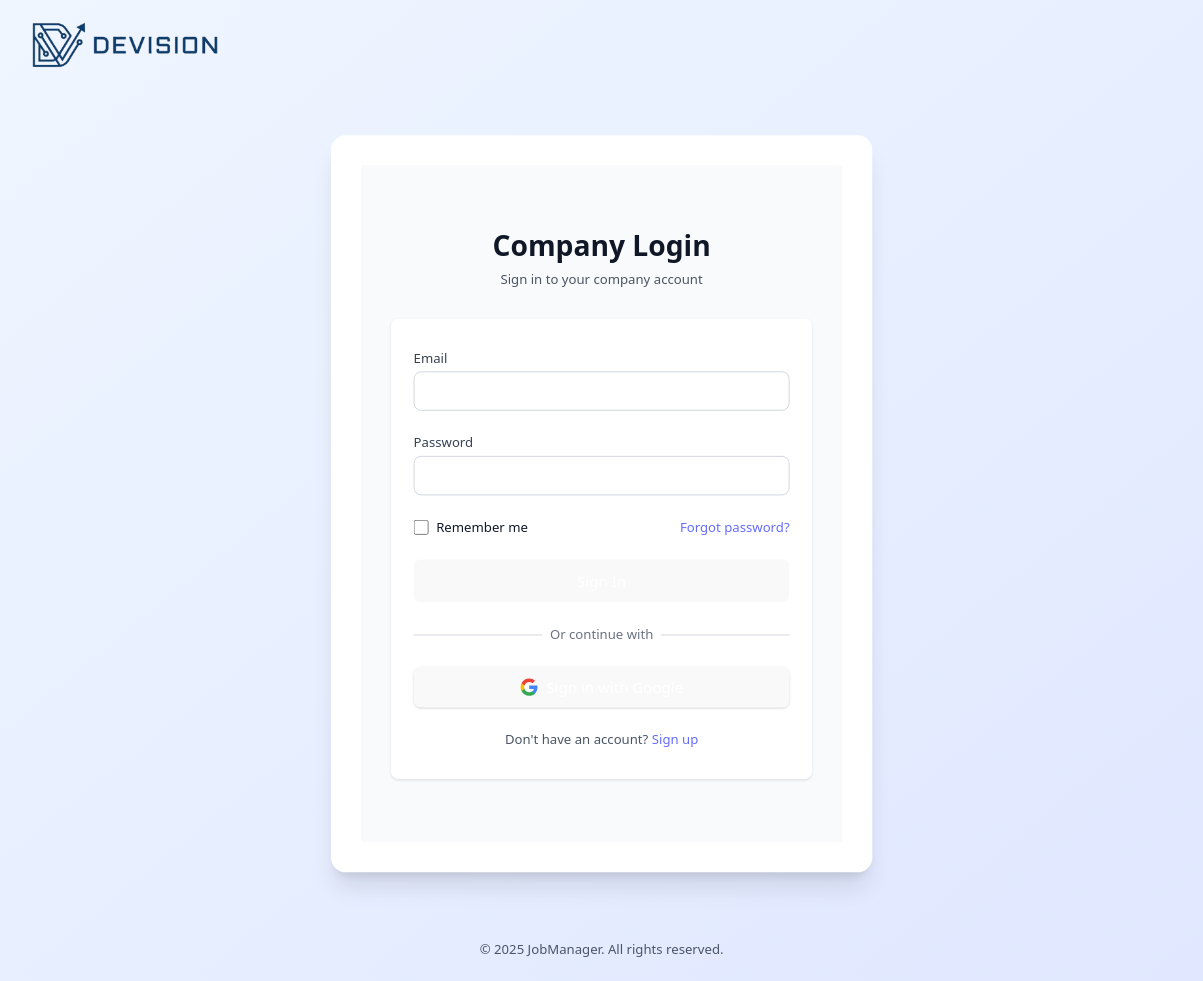
Repository: ISYS3461-2025C-Mulan-DEVision/JobManager_FE
Page: /login
These files come from the project's save history. The page is drawn as it stood at one moment and after the next save; the edit follows.
The browser window is 1280 px wide. The pictures show the whole page, at 94% of full size.
The project was rebuilt for these pictures with package versions that can differ from the ones it lists, and the page was loaded fresh each time. Also part of the build but not shown: vite.config.js, src/pages/Home.tsx, src/components/headless/Table/Table.tsx, src/components/headless/Modal/Modal.tsx, src/components/ui/Card/Card.tsx, src/components/ui/Spinner/Spinner.tsx, src/components/ui/Alert/Alert.tsx.

Above is the page before, as saved 2025-12-12 12:14:40.

### index.html
<!doctype html>
<html lang="en">
  <head>
    <meta charset="UTF-8" />
    <link rel="icon" type="image/svg+xml" href="/logo/logo-icon.png" />
    <meta name="viewport" content="width=device-width, initial-scale=1.0" />
    <title>jobmanager-fe</title>
  </head>
  <body>
    <div id="root"></div>
    <script type="module" src="/src/main.jsx"></script>
  </body>
</html>

### src/main.tsx
import React, { StrictMode } from "react";
import { createRoot } from "react-dom/client";
import "./index.css";
import { BrowserRouter } from "react-router-dom";
import App from "./App.js";
import { Provider } from "react-redux";
import store from "./store/index.js";

const container = document.getElementById("root")!;
if (!container) {
    throw new Error("Root container not found");
} else {
    createRoot(container).render(
        <StrictMode>
            <Provider store={store}>
                <BrowserRouter>
                    <App />
                </BrowserRouter>
            </Provider>
        </StrictMode>,
    );
}

### src/index.css
@import "tailwindcss";

:root {
    font-family: system-ui, Avenir, Helvetica, Arial, sans-serif;
    line-height: 1.5;
    font-weight: 400;

    color-scheme: light dark;
    color: rgba(255, 255, 255, 0.87);
    background-color: #242424;

    font-synthesis: none;
    text-rendering: optimizeLegibility;
    -webkit-font-smoothing: antialiased;
    -moz-osx-font-smoothing: grayscale;
}

a {
    font-weight: 500;
    color: #646cff;
    text-decoration: inherit;
}
a:hover {
    color: #535bf2;
}

body {
    margin: 0;
    min-width: 320px;
    min-height: 100vh;
}

h1 {
    font-size: 3.2em;
    line-height: 1.1;
}

button {
    border-radius: 8px;
    border: 1px solid transparent;
    padding: 0.6em 1.2em;
    font-size: 1em;
    font-weight: 500;
    font-family: inherit;
    background-color: #1a1a1a;
    cursor: pointer;
    transition: border-color 0.25s;
}
button:hover {
    border-color: #646cff;
}
button:focus,
button:focus-visible {
    outline: 4px auto -webkit-focus-ring-color;
}

@media (prefers-color-scheme: light) {
    :root {
        color: #213547;
        background-color: #ffffff;
    }
    a:hover {
        color: #747bff;
    }
    button {
        background-color: #f9f9f9;
    }
}

### src/App.tsx
import { Routes, Route, Link, useLocation } from "react-router-dom";
import Home from "./pages/Home";
import LoginPage from "./pages/LoginPage";

function App() {
    const location = useLocation();
    const isAuthPage = location.pathname === "/login";

    return (
        <div>
            {!isAuthPage && (
                <nav className="p-4 bg-gray-800 text-white flex gap-4">
                    <Link to="/">Home</Link>
                    <Link to="/login">Login</Link>
                </nav>
            )}

            <Routes>
                <Route path="/" element={<Home />} />
                <Route path="/login" element={<LoginPage />} />
            </Routes>
        </div>
    );
}

export default App;

### src/store/index.ts
import configureStore from "./configureStore";
const store = configureStore();
export default store;

### src/pages/LoginPage.tsx
import React from "react";
import { CompanyLogin } from "../components/feature/Authentication/CompanyLogin";
import AuthLayout from "../layout/AuthLayout";

export default function LoginPage() {
    return (
        <AuthLayout>
            <CompanyLogin />
        </AuthLayout>
    );
}

### src/store/configureStore.ts
import { createStore, applyMiddleware, Store } from "redux";
import { createLogger } from "redux-logger";
import createSagaMiddleware from "redux-saga";
import { enableBatching } from "redux-batched-actions";
import createReducer from "./reducers";
import rootSaga from "./saga";

const configureStore = (initialState = {}): Store => {
    const rootReducer = createReducer();
    const sagaMiddleware = createSagaMiddleware();

    const middlewares = [sagaMiddleware];

    const isDev = import.meta.env.VITE_NODE_ENV === "development";

    if (isDev) {
        const loggerMiddleware = createLogger({
            collapsed: () => true,
        });
        (middlewares as any[]).push(loggerMiddleware);
    }

    const store = createStore(
        enableBatching(rootReducer),
        initialState,
        applyMiddleware(...middlewares),
    );

    sagaMiddleware.run(rootSaga);

    return store;
};

export default configureStore;

### src/redux/app/actions.ts
import * as types from "./type";

const setLoading = (payload: boolean) => ({ type: types.SET_LOADING, payload });
const setError = (payload: string | null) => ({
    type: types.SET_ERROR,
    payload,
});
const setInitialized = (payload: boolean) => ({
    type: types.SET_INITIALIZED,
    payload,
});
const reset = () => ({ type: types.RESET });

const toggleLoadingAsync = (payload: boolean) => ({
    type: types.TOGGLE_LOADING_ASYNC,
    payload,
});

export default {
    setLoading,
    setError,
    setInitialized,
    reset,
    toggleLoadingAsync,
};

### src/components/feature/Authentication/CompanyLogin/index.ts
export { CompanyLogin } from "./CompanyLogin";

### src/store/reducers.ts
import { combineReducers } from "redux";
import { reducers } from "../redux";
import _ from "lodash";

const appReducer = combineReducers(reducers);
export default function createReducer() {
    const rootReducer = (state, action) => {
        if (action.type === "FORCE_UPDATE_GLOBAL_STATE") {
            return appReducer(_.cloneDeep(action.payload), action as never);
        }
        return appReducer(state, action as never);
    };

    return rootReducer;
}

### src/store/saga.ts
import { all, fork } from "redux-saga/effects";
import { sagas } from "../redux";

export default function* rootSaga() {
    yield all([...Object.values(sagas)].map(fork));
}

### src/redux/app/type.ts
const prefix = "APP/";

export const SET_LOADING = `${prefix}SET_LOADING`;
export const SET_ERROR = `${prefix}SET_ERROR`;
export const SET_INITIALIZED = `${prefix}SET_INITIALIZED`;
export const RESET = `${prefix}RESET`;

// test async action
export const TOGGLE_LOADING_ASYNC = `${prefix}TOGGLE_LOADING_ASYNC`;

### src/components/feature/Authentication/CompanyLogin/CompanyLogin.tsx
import React from "react";
import { HeadlessForm } from "@/components/headless";
import { CompanyLoginForm } from "./CompanyLoginForm";
import { useCompanyLogin } from "./hooks/useCompanyLogin";
import { LoginPayload } from "./types";

// Validation function
const validateLoginForm = (values: LoginPayload) => {
  const errors: Partial<Record<keyof LoginPayload, string>> = {};

  if (!values.email) {
    errors.email = "Email is required";
  } else if (!/^[A-Z0-9._%+-]+@[A-Z0-9.-]+\.[A-Z]{2,}$/i.test(values.email)) {
    errors.email = "Invalid email address";
  }

  if (!values.password) {
    errors.password = "Password is required";
  } else if (values.password.length < 6) {
    errors.password = "Password must be at least 6 characters";
  }

  return errors;
};

export const CompanyLogin: React.FC = () => {
  const { login, isLoading, error } = useCompanyLogin();

  return (
    <HeadlessForm<LoginPayload>
      initialValues={{ email: "", password: "" }}
      onSubmit={login}
      validate={validateLoginForm}
    >
      {(formProps) => (
        <CompanyLoginForm {...formProps} isLoading={isLoading} error={error} />
      )}
    </HeadlessForm>
  );
};

### src/redux/index.ts
const loadModules = (modules: Record<string, any>, hasDefault = false) =>
    Object.entries(modules).map(([path, mod]) => {
        const parts = path.split("/");
        return {
            name: parts.at(-1)!.replace(".js", "").toUpperCase(),
            key: parts.at(-2)!,
            data: hasDefault ? mod.default : mod,
        };
    });

const rawActions = loadModules(
    import.meta.glob("./**/actions.ts", { eager: true }),
    true,
);

const rawTypes = loadModules(
    import.meta.glob("./**/types.ts", { eager: true }),
    false,
);

const rawReducers = loadModules(
    import.meta.glob("./**/reducer.ts", { eager: true }),
    true,
);

const rawSagas = loadModules(
    import.meta.glob("./**/saga.ts", { eager: true }),
    false,
);

// Final exports
export const actions = rawActions.reduce((p, e) => ({ ...p, ...e.data }), {});
export const types = rawTypes.reduce((p, e) => ({ ...p, ...e.data }), {});
export const reducers = rawReducers.reduce(
    (p, e) => ({ ...p, [e.key]: e.data }),
    {},
);
export const sagas = rawSagas.reduce((p, e) => ({ ...p, ...e.data }), {});

### src/components/headless/index.ts
// Headless Components - Logic without UI
export { HeadlessForm } from "./Form";
export { HeadlessTable } from "./Table";
export { useTable } from "./Table/useTable";
export { HeadlessModal } from "./Modal";

// Types
export * from "./types";
export type { TableColumn } from "./Table/useTable";

### src/components/feature/Authentication/CompanyLogin/CompanyLoginForm.tsx
import React from "react";
import { Input, Button, Alert, GoogleLogo } from "@/components/ui";
import { LoginPayload } from "./types";

interface CompanyLoginFormProps {
    values: LoginPayload;
    errors: Partial<Record<keyof LoginPayload, string>>;
    touched: Partial<Record<keyof LoginPayload, boolean>>;
    handleChange: (e: React.ChangeEvent<HTMLInputElement>) => void;
    handleBlur: (field: keyof LoginPayload) => void;
    handleSubmit: (e: React.FormEvent) => void;
    isLoading: boolean;
    error: string | null;
}

export const CompanyLoginForm: React.FC<CompanyLoginFormProps> = ({
    values,
    errors,
    touched,
    handleChange,
    handleBlur,
    handleSubmit,
    isLoading,
    error,
}) => {
    return (
        <div className="flex flex-col items-center justify-center min-h-screen bg-gray-50 py-4 px-1 sm:px-6 lg:px-8">
            <div className="text-center mb-8">
                <h2 className="text-3xl font-bold text-gray-900">
                    Company Login
                </h2>
                <p className="mt-2 text-sm text-gray-600">
                    Sign in to your company account
                </p>
            </div>

            <div className="w-full max-w-md bg-white py-8 px-6 shadow rounded-lg">
                {error && (
                    <Alert type="error" className="mb-4">
                        {error}
                    </Alert>
                )}

                <form onSubmit={handleSubmit} className="space-y-6">
                    <Input
                        label="Email"
                        id="email"
                        name="email"
                        type="email"
                        autoComplete="email"
                        required
                        value={values.email}
                        onChange={handleChange}
                        onBlur={() => handleBlur("email")}
                        error={touched.email ? errors.email : undefined}
                        fullWidth
                    />

                    <Input
                        label="Password"
                        id="password"
                        name="password"
                        type="password"
                        autoComplete="current-password"
                        required
                        value={values.password}
                        onChange={handleChange}
                        onBlur={() => handleBlur("password")}
                        error={
                            touched.password ? errors.password : undefined
                        }
                        fullWidth
                    />

                    <div className="flex items-center justify-between">
                        <div className="flex items-center">
                            <input
                                id="remember-me"
                                name="remember-me"
                                type="checkbox"
                                className="h-4 w-4 text-blue-600 focus:ring-blue-500 border-gray-300 rounded"
                            />
                            <label
                                htmlFor="remember-me"
                                className="ml-2 block text-sm text-gray-900"
                            >
                                Remember me
                            </label>
                        </div>

                        <div className="text-sm">
                            <a
                                href="#"
                                className="font-medium text-blue-600 hover:text-blue-500"
                            >
                                Forgot password?
                            </a>
                        </div>
                    </div>

                    <Button
                        type="submit"
                        variant="primary"
                        size="lg"
                        fullWidth
                        isLoading={isLoading}
                    >
                        Sign In
                    </Button>
                </form>

                <div className="mt-6">
                    <div className="relative">
                        <div className="absolute inset-0 flex items-center">
                            <div className="w-full border-t border-gray-300"></div>
                        </div>
                        <div className="relative flex justify-center text-sm">
                            <span className="px-2 bg-white text-gray-500">
                                Or continue with
                            </span>
                        </div>
                    </div>

                    <div className="mt-6">
                        <button
                            type="button"
                            onClick={() => {
                                // TODO: Implement Google OAuth flow
                                window.location.href = `${import.meta.env.VITE_API_URL || ''}/auth/google`;
                            }}
                            className="w-full inline-flex justify-center items-center px-4 py-2 border border-gray-300 shadow-sm text-sm font-medium rounded-md text-white bg-white hover:bg-gray-50 focus:outline-none focus:ring-2 focus:ring-offset-2 focus:ring-blue-500 transition-colors"
                        >
                            <GoogleLogo className="mr-2" />
                            Sign in with Google
                        </button>
                    </div>
                </div>

                <div className="mt-6 text-center">
                    <p className="text-sm text-gray-600">
                        Don't have an account?{" "}
                        <a
                            href="#"
                            className="font-medium text-blue-600 hover:text-blue-500"
                        >
                            Sign up
                        </a>
                    </p>
                </div>
            </div>
        </div>
    );
};

### src/components/feature/Authentication/CompanyLogin/hooks/useCompanyLogin.ts
import { useState } from 'react';
import AuthService, { LoginPayload } from '../../api/AuthService';

export const useCompanyLogin = () => {
  const [isLoading, setIsLoading] = useState(false);
  const [error, setError] = useState<string | null>(null);

  const login = async (formData: LoginPayload) => {
    setIsLoading(true);
    setError(null);

    try {
      await AuthService.loginCompany(formData);
      // Handle success (e.g., redirect, store token)
      console.log("Login successful");
    } catch (err) {
      setError("Failed to login. Please check your credentials.");
      console.error(err);
    } finally {
      setIsLoading(false);
    }
  };

  return {
    login,
    isLoading,
    error,
  };
};

### src/redux/app/reducer.ts
import * as types from "./type";
export interface AppState {
    loading: boolean;
    error: string | null;
    initialized?: boolean;
    test: string;
}

const INITIAL_STATE: AppState = {
    loading: true,
    error: null,
    initialized: false,
    test: "test",
};

type Action = { type: string; payload?: any };

export default function appReducer(
    state: AppState = INITIAL_STATE,
    action: Action,
): AppState {
    switch (action.type) {
        case types.SET_LOADING:
            return { ...state, loading: !!action.payload };
        case types.SET_ERROR:
            return { ...state, error: action.payload ?? null, loading: false };
        case types.SET_INITIALIZED:
            return { ...state, initialized: !!action.payload };
        case types.RESET:
            return { ...INITIAL_STATE };
        default:
            return state;
    }
}

### src/redux/app/saga.ts
import { takeEvery, put, delay } from "redux-saga/effects";
import * as types from "./type";
import actions from "./actions";

function* handleToggleLoading(action: any) {
    yield delay(300);
    yield put(actions.setLoading(action.payload));
}

export function* watchToggleLoading() {
    yield takeEvery(types.TOGGLE_LOADING_ASYNC, handleToggleLoading);
}

### src/components/headless/Form/index.ts
export { HeadlessForm } from "./Form";

### src/components/headless/Table/index.ts
export { HeadlessTable } from "./Table";
export { useTable } from "./useTable";
export type { TableColumn } from "./useTable";

### src/components/headless/Modal/index.ts
export { HeadlessModal } from "./Modal";

### src/components/ui/index.ts
// UI Components - Presentational components with styling
export * from "./Button";
export * from "./Input";
export * from "./Card";
export * from "./Spinner";
export * from "./Alert";
export * from "./GoogleLogo";

### src/components/feature/Authentication/api/AuthService.ts
// import { HttpClient } from "../../../../services/httpClient";

export interface LoginPayload {
  email: string;
  password: string;
}

export const loginCompany = async (payload: LoginPayload) => {
  // Replace with actual API endpoint
  // return HttpClient.post('/auth/company/login', payload);

  // Mock implementation for now
  console.log("Logging in company with:", payload);
  return new Promise((resolve) => {
    setTimeout(
      () => resolve({ token: "mock-token", user: { name: "Company Admin" } }),
      1000
    );
  });
};

const AuthService = {
  loginCompany,
};

export default AuthService;

### src/components/ui/Button/index.ts
export { Button } from "./Button";
export type { ButtonProps } from "./Button";

### src/components/ui/Input/index.ts
export { Input } from "./Input";
export type { InputProps } from "./Input";

### src/components/ui/Card/index.ts
export { Card, CardHeader, CardBody, CardFooter } from "./Card";
export type { CardProps } from "./Card";

### src/components/ui/Spinner/index.ts
export { Spinner } from "./Spinner";
export type { SpinnerProps } from "./Spinner";

### src/components/ui/Alert/index.ts
export { Alert } from "./Alert";
export type { AlertProps } from "./Alert";

### src/components/ui/GoogleLogo/index.ts
export { GoogleLogo } from "./GoogleLogo";
export type { GoogleLogoProps } from "./GoogleLogo";

### src/components/ui/Input/Input.tsx
import React from "react";
import clsx from "clsx";

export interface InputProps extends React.InputHTMLAttributes<HTMLInputElement> {
    label?: string;
    error?: string;
    helperText?: string;
    fullWidth?: boolean;
}

export const Input: React.FC<InputProps> = ({
    label,
    error,
    helperText,
    fullWidth = false,
    className,
    id,
    ...props
}) => {
    const inputId = id || label?.toLowerCase().replace(/\s+/g, "-");

    return (
        <div className={clsx("flex flex-col gap-1", fullWidth && "w-full")}>
            {label && (
                <label
                    htmlFor={inputId}
                    className="text-sm font-medium text-gray-700"
                >
                    {label}
                </label>
            )}
            <input
                id={inputId}
                className={clsx(
                    "px-3 py-2 border rounded-lg focus:outline-none focus:ring-2 transition-colors",
                    "text-gray-900 placeholder:text-gray-400",
                    error
                        ? "border-red-500 focus:ring-red-500 focus:border-red-500"
                        : "border-gray-300 focus:ring-blue-500 focus:border-blue-500",
                    props.disabled && "bg-gray-100 cursor-not-allowed",
                    className,
                )}
                {...props}
            />
            {error && <span className="text-sm text-red-600">{error}</span>}
            {helperText && !error && (
                <span className="text-sm text-gray-500">{helperText}</span>
            )}
        </div>
    );
};

### src/components/ui/GoogleLogo/GoogleLogo.tsx
import React from "react";
import clsx from "clsx";

export interface GoogleLogoProps {
    size?: "sm" | "md" | "lg";
    className?: string;
}

export const GoogleLogo: React.FC<GoogleLogoProps> = ({
    size = "md",
    className,
}) => {
    const sizeClasses = {
        sm: "w-4 h-4",
        md: "w-5 h-5",
        lg: "w-6 h-6",
    };

    return (
        <svg
            className={clsx(sizeClasses[size], className)}
            viewBox="0 0 24 24"
            xmlns="http://www.w3.org/2000/svg"
        >
            <path
                d="M22.56 12.25c0-.78-.07-1.53-.2-2.25H12v4.26h5.92c-.26 1.37-1.04 2.53-2.21 3.31v2.77h3.57c2.08-1.92 3.28-4.74 3.28-8.09z"
                fill="#4285F4"
            />
            <path
                d="M12 23c2.97 0 5.46-.98 7.28-2.66l-3.57-2.77c-.98.66-2.23 1.06-3.71 1.06-2.86 0-5.29-1.93-6.16-4.53H2.18v2.84C3.99 20.53 7.7 23 12 23z"
                fill="#34A853"
            />
            <path
                d="M5.84 14.09c-.22-.66-.35-1.36-.35-2.09s.13-1.43.35-2.09V7.07H2.18C1.43 8.55 1 10.22 1 12s.43 3.45 1.18 4.93l2.85-2.22.81-.62z"
                fill="#FBBC05"
            />
            <path
                d="M12 5.38c1.62 0 3.06.56 4.21 1.64l3.15-3.15C17.45 2.09 14.97 1 12 1 7.7 1 3.99 3.47 2.18 7.07l3.66 2.84c.87-2.6 3.3-4.53 6.16-4.53z"
                fill="#EA4335"
            />
        </svg>
    );
};

Loaded but not shown: src/components/headless/Form/Form.tsx (93 lines, source omitted); src/components/ui/Button/Button.tsx (81 lines, source omitted); src/layout/AuthLayout.tsx (51 lines, source omitted); src/components/headless/types.ts (71 lines, source omitted); src/components/headless/Table/useTable.ts (76 lines, source omitted)

After the next save:
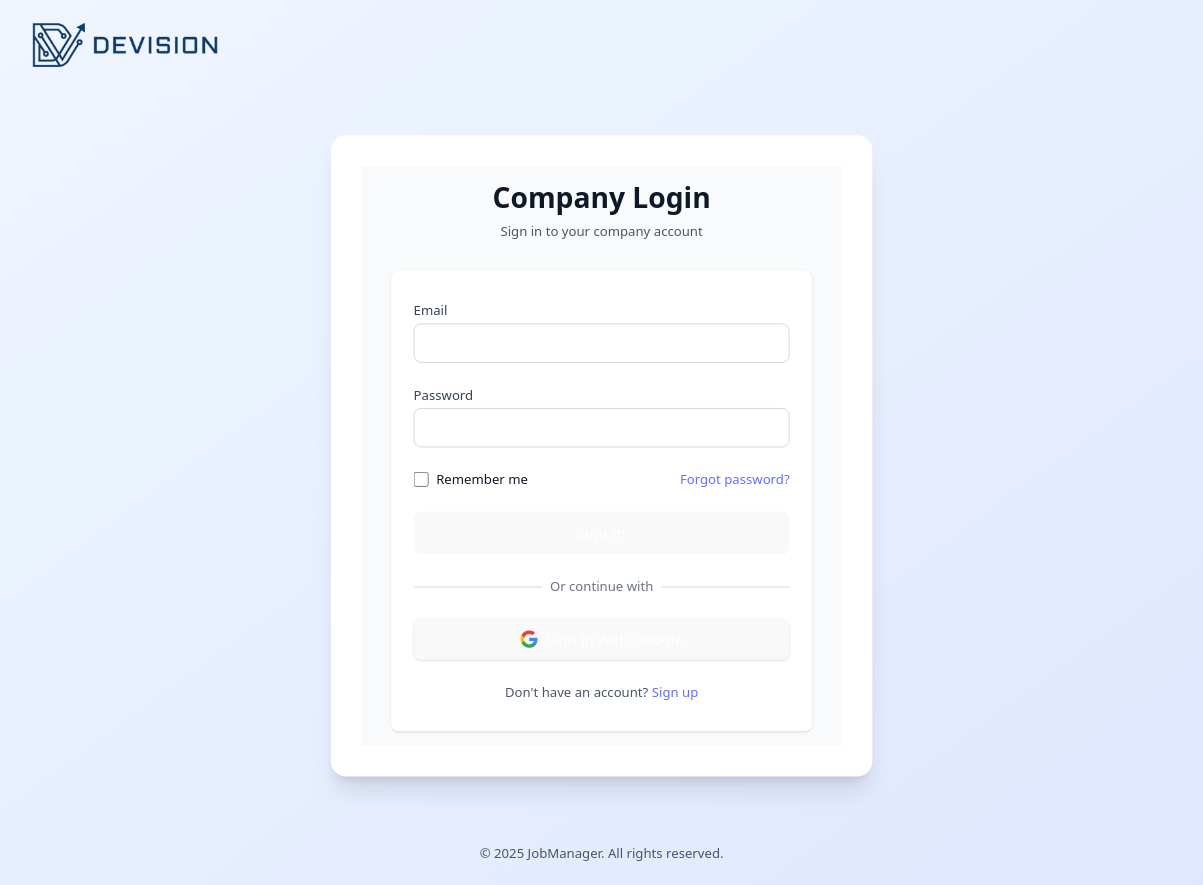
Saved 7 s later.
--- a/src/components/feature/Authentication/CompanyLogin/CompanyLoginForm.tsx
+++ b/src/components/feature/Authentication/CompanyLogin/CompanyLoginForm.tsx
@@ -24,7 +24,7 @@
     error,
 }) => {
     return (
-        <div className="flex flex-col items-center justify-center min-h-screen bg-gray-50 py-4 px-1 sm:px-6 lg:px-8">
+        <div className="flex flex-col items-center justify-center bg-gray-50 py-4 px-1 sm:px-6 lg:px-8">
             <div className="text-center mb-8">
                 <h2 className="text-3xl font-bold text-gray-900">
                     Company Login
